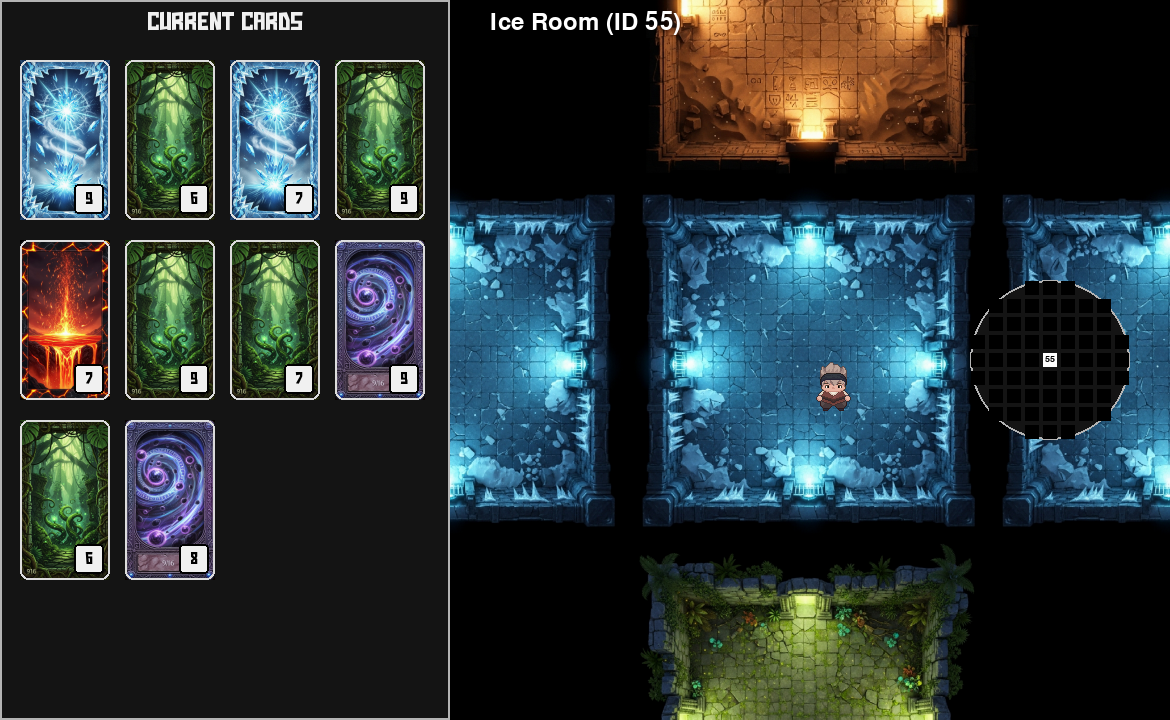
Repository: MehediMim/GateBound
Script's output: python main.py
These files come from the project's save history. The script's output is drawn as it stood at one moment and after the next save; the edit follows.
The window is shown after at most 60 frames with no key pressed. Random numbers start from a fixed seed. It also reads assets/bg_arcane.png, assets/bg_desert.png, assets/bg_ice.png, assets/bg_jungle.png, assets/bg_volcanic.png, assets/card_arcane.jpeg, assets/card_desert.jpeg, assets/card_ice.jpeg, assets/card_jungle.jpeg, assets/card_volcanic.jpeg, assets/player_idle.png, assets/player_walk.png and 1 more files.

Above is the script's output before, as saved 2026-01-26 23:49:02.

### main.py
import pygame
import sys
import random

# =========================
# CONFIG
# =========================
ROOM_ORIGINAL = 720
ROOM_SCALE = 0.5
ROOM_DRAW = int(ROOM_ORIGINAL * ROOM_SCALE)  # 512
FPS = 60
PLAYER_SPEED = 5
DEBUG = False
CARD_WIDTH  = 90
CARD_HEIGHT = 160   # 180 × 16 / 9 ≈ 320

CAN_PASS_DOOR = False

FRAME_SIZE = 64
FRAMES_PER_ROW = 4



DIR_ROW = {
    "bottom": 0,
    "left": 1,
    "top": 2,
    "right": 3
}

selected_card_index = None
show_swap_ui = False

explored_rooms = set()



GRID_W = 10
GRID_H = 10

visited_rooms = set()


# =========================
# UI / LAYOUT (IMPORTANT)
# =========================
SIDEBAR_W = 450            # LEFT UI ONLY
PREVIEW_MARGIN = ROOM_DRAW // 2     # space for half rooms

SCREEN_WIDTH  = SIDEBAR_W + ROOM_DRAW + PREVIEW_MARGIN * 2
SCREEN_HEIGHT = ROOM_DRAW + PREVIEW_MARGIN * 2

CARD_TYPES = ["Jungle", "Desert", "Ice", "Volcanic", "Arcane"]
CARD_MIN_POWER = 1
CARD_MAX_POWER = 9
MAX_CARDS = 10

selected_card_indices = set()


# One card per gate (fixed once generated)
gate_cards = {
    "top":    {"reward": None, "power": None},
    "bottom": {"reward": None, "power": None},
    "left":   {"reward": None, "power": None},
    "right":  {"reward": None, "power": None},
}

def create_random_card():
    return {
        "type": random.choice(CARD_TYPES),
        "power": random.randint(CARD_MIN_POWER, CARD_MAX_POWER)
    }
cards = []
for _ in range(MAX_CARDS):
    c = create_random_card()
    c["power"] = random.randint(6, CARD_MAX_POWER)  # stronger start
    cards.append(c)

def init_gate_cards():
    for d in gate_cards:
        power = random.randint(CARD_MIN_POWER, CARD_MAX_POWER)
        gate_cards[d]["power"] = power

        reward = create_random_card()
        reward["power"] = power   # SAME POWER
        gate_cards[d]["reward"] = reward





# =========================
# INIT
# =========================
pygame.init()
screen = pygame.display.set_mode((SCREEN_WIDTH, SCREEN_HEIGHT))
idle_sheet = pygame.image.load("assets/player_idle.png").convert_alpha()
walk_sheet = pygame.image.load("assets/player_walk.png").convert_alpha()

pygame.display.set_caption("Tower Puzzle — Rooms (10x10)")
clock = pygame.time.Clock()

font = pygame.font.SysFont(None, 36)
map_font = pygame.font.SysFont(None, 14)
retro_font = pygame.font.Font("assets/retro.ttf", 26)
retro_small = pygame.font.Font("assets/retro.ttf", 16)

player_dir = "bottom"   # default facing
player_frame = 0
anim_timer = 0
moving = False


def get_player_frame(direction, frame, moving):
    row = DIR_ROW[direction]
    sheet = walk_sheet if moving else idle_sheet

    x = frame * FRAME_SIZE
    y = row * FRAME_SIZE

    return sheet.subsurface((x, y, FRAME_SIZE, FRAME_SIZE))

# =========================
# ROOM TYPES + BG
# =========================
ROOM_TYPES = ["Jungle", "Desert", "Ice", "Volcanic", "Arcane"]

BG_RAW = {
    "Jungle": pygame.image.load("assets/bg_jungle.png").convert(),
    "Desert": pygame.image.load("assets/bg_desert.png").convert(),
    "Ice": pygame.image.load("assets/bg_ice.png").convert(),
    "Volcanic": pygame.image.load("assets/bg_volcanic.png").convert(),
    "Arcane": pygame.image.load("assets/bg_arcane.png").convert(),
}
card_images = {
    "jungle": pygame.image.load("assets/card_jungle.jpeg").convert_alpha(),
    "desert": pygame.image.load("assets/card_desert.jpeg").convert_alpha(),
    "ice": pygame.image.load("assets/card_ice.jpeg").convert_alpha(),
    "volcanic": pygame.image.load("assets/card_volcanic.jpeg").convert_alpha(),
    "arcane": pygame.image.load("assets/card_arcane.jpeg").convert_alpha(),
}
CARD_IMAGE_KEY = {
    "Jungle": "jungle",
    "Desert": "desert",
    "Ice": "ice",
    "Volcanic": "volcanic",
    "Arcane": "arcane",
}

ROOM_COLORS = {
    "Jungle":   (60, 160, 90),
    "Desert":   (210, 190, 90),
    "Ice":      (140, 200, 255),
    "Volcanic": (200, 80, 60),
    "Arcane":   (160, 110, 210),
}

passed_free_gate = {
    "top": False,
    "bottom": False,
    "left": False,
    "right": False,
}

def update_free_gate():
    for d, g in FREE_GATES.items():
        if player.colliderect(g):
            passed_free_gate[d] = True


BG = {
    k: pygame.transform.smoothscale(v, (ROOM_DRAW, ROOM_DRAW))
    for k, v in BG_RAW.items()
}

for key in card_images:
    card_images[key] = pygame.transform.smoothscale(
        card_images[key],
        (CARD_WIDTH, CARD_HEIGHT)
    )

# =========================
# GAME BOX (UNCHANGED LOGIC)
# =========================
GAME_BOX_RECT = pygame.Rect(
    SIDEBAR_W + PREVIEW_MARGIN,
    PREVIEW_MARGIN,
    ROOM_DRAW,
    ROOM_DRAW
)

ROOM_RECT = GAME_BOX_RECT.copy()

GATE_THICK = 6

# FREE gate is closer to room center (hit first)
FREE_GATES = {
    "top":    pygame.Rect(ROOM_RECT.centerx - 56, ROOM_RECT.top + 28, 112, GATE_THICK),
    "bottom": pygame.Rect(ROOM_RECT.centerx - 56, ROOM_RECT.bottom - 28 - GATE_THICK, 112, GATE_THICK),
    "left":   pygame.Rect(ROOM_RECT.left + 28, ROOM_RECT.centery - 56, GATE_THICK, 112),
    "right":  pygame.Rect(ROOM_RECT.right - 28 - GATE_THICK, ROOM_RECT.centery - 56, GATE_THICK, 112),
}

# LOCKED gate is closer to the edge (hit second)
LOCKED_GATES = {
    "top":    pygame.Rect(ROOM_RECT.centerx - 56, ROOM_RECT.top + 12, 112, GATE_THICK),
    "bottom": pygame.Rect(ROOM_RECT.centerx - 56, ROOM_RECT.bottom - 12 - GATE_THICK, 112, GATE_THICK),
    "left":   pygame.Rect(ROOM_RECT.left + 12, ROOM_RECT.centery - 56, GATE_THICK, 112),
    "right":  pygame.Rect(ROOM_RECT.right - 12 - GATE_THICK, ROOM_RECT.centery - 56, GATE_THICK, 112),
}


# =========================
# DOORS
# =========================
DOORS = {
    "top":    pygame.Rect(ROOM_RECT.centerx - 56, ROOM_RECT.top - 112, 112, 112),
    "bottom": pygame.Rect(ROOM_RECT.centerx - 56, ROOM_RECT.bottom,     112, 112),
    "left":   pygame.Rect(ROOM_RECT.left - 112,   ROOM_RECT.centery - 56, 112, 112),
    "right":  pygame.Rect(ROOM_RECT.right,        ROOM_RECT.centery - 56, 112, 112),
}

WALL_THICK = 32

WALLS = {
    "top": pygame.Rect(
        ROOM_RECT.left, ROOM_RECT.top,
        ROOM_DRAW, WALL_THICK
    ),
    "bottom": pygame.Rect(
        ROOM_RECT.left, ROOM_RECT.bottom - WALL_THICK,
        ROOM_DRAW, WALL_THICK
    ),
    "left": pygame.Rect(
        ROOM_RECT.left, ROOM_RECT.top,
        WALL_THICK, ROOM_DRAW
    ),
    "right": pygame.Rect(
        ROOM_RECT.right - WALL_THICK, ROOM_RECT.top,
        WALL_THICK, ROOM_DRAW
    ),
}


WALK_RECT = ROOM_RECT.copy()
for r in DOORS.values():
    WALK_RECT.union_ip(r)

SPAWN = ROOM_RECT.center

# =========================
# WORLD (10x10 FIXED)
# =========================
rooms = {}

def room_id(x, y):
    return y * GRID_W + x

def create_world():
    for y in range(GRID_H):
        for x in range(GRID_W):
            rid = room_id(x, y)
            links = {}
            if y > 0: links["top"] = room_id(x, y - 1)
            if y < GRID_H - 1: links["bottom"] = room_id(x, y + 1)
            if x > 0: links["left"] = room_id(x - 1, y)
            if x < GRID_W - 1: links["right"] = room_id(x + 1, y)

            rooms[rid] = {
                "id": rid,
                "pos": (x, y),
                "type": random.choice(ROOM_TYPES),
                "links": links,
                "open_gates": {d: False for d in links}   # 👈 ADD THIS
            }


create_world()
current = room_id(GRID_W // 2, GRID_H // 2)
init_gate_cards()
visited_rooms.add(current)



# =========================
# PLAYER
# =========================
player = pygame.Rect(0, 0, 16, 16)
player.center = SPAWN

# =========================
# CARDS
# =========================


# =========================
# MOVEMENT
# =========================
def move(dx, dy):
    # X
    player.x += dx
    for w in get_blocking_walls():
        if player.colliderect(w):
            if dx > 0: player.right = w.left
            if dx < 0: player.left = w.right



    # Y
    player.y += dy
    for w in get_blocking_walls():
        if player.colliderect(w):
            if dy > 0: player.bottom = w.top
            if dy < 0: player.top = w.bottom

    for d, g in LOCKED_GATES.items():
        if rooms[current]["open_gates"].get(d, False):
            continue

        if not passed_free_gate[d]:
            continue
        if player.colliderect(g):
            if dx > 0: player.right = g.left
            if dx < 0: player.left = g.right
            if dy > 0: player.bottom = g.top
            if dy < 0: player.top = g.bottom

def can_interact_gate():
    d = get_free_gate_dir()
    if d is None:
        return None

    # gate already permanently open → no interaction
    if rooms[current]["open_gates"].get(d, False):
        return None

    return d



def try_swap_with_gate(d, selected_indices):
    global cards

    required_type = get_next_room_type(d)
    required_power = gate_cards[d]["power"]

    chosen = [cards[i] for i in selected_indices]

    # TYPE CHECK
    if any(c["type"] != required_type for c in chosen):
        return False

    # POWER SUM CHECK
    if sum(c["power"] for c in chosen) < required_power:
        return False


    # REMOVE GIVEN CARDS
    for i in sorted(selected_indices, reverse=True):
        cards.pop(i)

    # ADD REWARD CARD
    cards.append(gate_cards[d]["reward"])

    cur = current
    nxt = rooms[current]["links"][d]

    # open gate both sides
    rooms[cur]["open_gates"][d] = True

    opposite = {"top":"bottom", "bottom":"top", "left":"right", "right":"left"}
    rooms[nxt]["open_gates"][opposite[d]] = True

    change_room(d)

    return True



def change_room(direction):
    global current, passed_free_gate

    # mark neighbors as explored
    for nxt in rooms[current]["links"].values():
        explored_rooms.add(nxt)

    if direction in rooms[current]["links"]:
        current = rooms[current]["links"][direction]
        visited_rooms.add(current)
        explored_rooms.add(current)

        player.center = SPAWN
        passed_free_gate = {k: False for k in passed_free_gate}


def can_use_card_for_gate(card, d):
    if d is None:
        return False

    required_type = get_next_room_type(d)
    required_power = gate_cards[d]["power"]

    if card["type"] != required_type:
        return False

    # total power of ALL SAME-TYPE cards (including this one)
    total = sum(
        c["power"] for c in cards
        if c["type"] == required_type
    )

    # glow ONLY if reaching the requirement is possible
    return total >= required_power



def handle_doors():
    global current

    for d, r in DOORS.items():
        if not rooms[current]["open_gates"].get(d, False):
            continue

        if player.colliderect(r):
            prev = current
            current = rooms[current]["links"].get(d, current)
            player.center = SPAWN

            # clear transient states ONLY
            for k in passed_free_gate:
                passed_free_gate[k] = False

            # ensure gate is open from BOTH sides
            opposite = {
                "top": "bottom",
                "bottom": "top",
                "left": "right",
                "right": "left"
            }[d]

            rooms[current].setdefault("open_gates", {})
            rooms[current]["open_gates"][opposite] = True

            init_gate_cards()
            break

def draw_press_e_hint():
    d = get_free_gate_dir()

    if d is None:
        return
    txt = retro_small.render("PRESS E", True, (255, 255, 255))
    screen.blit(txt, (player.centerx - txt.get_width() // 2, player.top - 20))


# =========================
# DRAW UI
# =========================

def draw_cards_title():
    text = retro_font.render("CURRENT CARDS", True, (240, 240, 240))
    x = (SIDEBAR_W - text.get_width()) // 2
    y = 10
    screen.blit(text, (x, y))


def draw_cards():
    start_x = 20
    start_y = 60
    gap_x = 15
    gap_y = 20
    cards_per_row = 4

    for i, c in enumerate(cards):
        key = CARD_IMAGE_KEY[c["type"]]

        row = i // cards_per_row
        col = i % cards_per_row

        x = start_x + col * (CARD_WIDTH + gap_x)
        y = start_y + row * (CARD_HEIGHT + gap_y)

        # card image
        screen.blit(card_images[key], (x, y))

        # GLOW IF CARD CAN BE USED FOR CURRENT GATE
        d = can_interact_gate()
        if d and can_use_card_for_gate(c, d):
            glow = pygame.Surface((CARD_WIDTH, CARD_HEIGHT), pygame.SRCALPHA)
            glow.fill((255, 255, 255, 50))
            screen.blit(glow, (x, y))


        # border
        if i in selected_card_indices:
            # glow border
            pygame.draw.rect(
                screen,
                (255, 255, 120),   # glow color
                (x-3, y-3, CARD_WIDTH+6, CARD_HEIGHT+6),
                3,
                border_radius=10
            )

        pygame.draw.rect(
            screen,
            (220, 220, 220),
            (x, y, CARD_WIDTH, CARD_HEIGHT),
            2,
            border_radius=8
        )


        # 🔥 POWER BADGE (BOTTOM-RIGHT)
        power_text = retro_small.render(str(c["power"]), True, (0, 0, 0))
        badge_size = 30
        badge_x = x + CARD_WIDTH - badge_size - 6
        badge_y = y + CARD_HEIGHT - badge_size - 6

        pygame.draw.rect(
            screen,
            (240, 240, 240),
            (badge_x, badge_y, badge_size, badge_size),
            border_radius=4
        )
        pygame.draw.rect(
            screen,
            (0, 0, 0),
            (badge_x, badge_y, badge_size, badge_size),
            2,
            border_radius=4
        )

        screen.blit(
            power_text,
            (
                badge_x + (badge_size - power_text.get_width()) // 2,
                badge_y + (badge_size - power_text.get_height()) // 2
            )
        )


def get_free_gate_dir():
    for d, g in FREE_GATES.items():
        if player.colliderect(g):
            return d
    return None

def draw_full_card(card, x, y):
    key = CARD_IMAGE_KEY[card["type"]]

    # image
    screen.blit(card_images[key], (x, y))

    # border
    pygame.draw.rect(
        screen,
        (220, 220, 220),
        (x, y, CARD_WIDTH, CARD_HEIGHT),
        2,
        border_radius=8
    )

    # power badge
    badge_size = 30
    badge_x = x + CARD_WIDTH - badge_size - 6
    badge_y = y + CARD_HEIGHT - badge_size - 6

    pygame.draw.rect(
        screen,
        (240, 240, 240),
        (badge_x, badge_y, badge_size, badge_size),
        border_radius=4
    )
    pygame.draw.rect(
        screen,
        (0, 0, 0),
        (badge_x, badge_y, badge_size, badge_size),
        2,
        border_radius=4
    )

    power_text = retro_small.render(str(card["power"]), True, (0, 0, 0))
    screen.blit(
        power_text,
        (
            badge_x + (badge_size - power_text.get_width()) // 2,
            badge_y + (badge_size - power_text.get_height()) // 2
        )
    )



def draw_debug_borders():
    # Sidebar
    pygame.draw.rect(screen, (255, 0, 0), (0, 0, SIDEBAR_W, SCREEN_HEIGHT), 2)

    # Main room
    pygame.draw.rect(screen, (0, 255, 0), ROOM_RECT, 2)

    # Doors
    for w in get_blocking_walls():
        pygame.draw.rect(screen, (255, 0, 0), w, 2)

    for g in FREE_GATES.values():
        pygame.draw.rect(screen, (0, 255, 0), g, 2)   # first = free

    for g in LOCKED_GATES.values():
        pygame.draw.rect(screen, (255, 255, 0), g, 2) # second = needs E


    # Walkable area
    pygame.draw.rect(screen, (0, 200, 255), WALK_RECT, 2)

    # Card slots
    start_x = 20
    start_y = 60
    gap_x = 15
    gap_y = 20
    cards_per_row = 3

    for i in range(MAX_CARDS):
        row = i // cards_per_row
        col = i % cards_per_row

        x = start_x + col * (CARD_WIDTH + gap_x)
        y = start_y + row * (CARD_HEIGHT + gap_y)

        pygame.draw.rect(
            screen,
            (255, 0, 255),
            (x, y, CARD_WIDTH, CARD_HEIGHT),
            1
        )


def get_blocking_walls():
    blocks = []

    for side, wall in WALLS.items():
        door = DOORS[side]
        left_part = wall.clip(
            pygame.Rect(wall.left, wall.top, door.left - wall.left, wall.height)
        )
        right_part = wall.clip(
            pygame.Rect(door.right, wall.top, wall.right - door.right, wall.height)
        )

        if wall.width > wall.height:  # horizontal wall
            blocks.append(pygame.Rect(wall.left, wall.top, door.left - wall.left, wall.height))
            blocks.append(pygame.Rect(door.right, wall.top, wall.right - door.right, wall.height))
        else:  # vertical wall
            blocks.append(pygame.Rect(wall.left, wall.top, wall.width, door.top - wall.top))
            blocks.append(pygame.Rect(wall.left, door.bottom, wall.width, wall.bottom - door.bottom))

    return blocks

def get_next_room_type(d):
    nxt = rooms[current]["links"].get(d)
    if nxt is None:
        return None
    return rooms[nxt]["type"]

def draw_minimap():
    panel_size = 160
    panel_x = SCREEN_WIDTH - panel_size - 40
    panel_y = (SCREEN_HEIGHT - panel_size) // 2

    node = 14
    gap = 4
    step = node + gap
    radius = 5  # how many rooms around current

    center = (panel_x + panel_size // 2, panel_y + panel_size // 2)
    radius_px = panel_size // 2

    pygame.draw.circle(screen, (20, 20, 20), center, radius_px)
    pygame.draw.circle(screen, (180, 180, 180), center, radius_px, 2)

    cx0, cy0 = rooms[current]["pos"]

    center_x = panel_x + panel_size // 2 - node // 2
    center_y = panel_y + panel_size // 2 - node // 2

    for dy in range(-radius, radius + 1):
        for dx in range(-radius, radius + 1):
            nx = cx0 + dx
            ny = cy0 + dy

            if nx < 0 or ny < 0 or nx >= GRID_W or ny >= GRID_H:
                continue

            rid = room_id(nx, ny)

            x = center_x + dx * step
            y = center_y + dy * step

            if rid == current:
                color = (255, 255, 255)  # CURRENT
            elif rid in visited_rooms:
                color = (245, 245, 245)  # VISITED
            elif rid in explored_rooms:
                color = ROOM_COLORS[rooms[rid]["type"]]  # EXPLORED
            else:
                color = (0, 0, 0)  # UNKNOWN

            rx = x + node // 2
            ry = y + node // 2

            if (rx - center[0])**2 + (ry - center[1])**2 <= radius_px**2:
                pygame.draw.rect(screen, color, (x, y, node, node))


            if rid in visited_rooms:
                if (rx - center[0])**2 + (ry - center[1])**2 <= radius_px**2:
                    screen.blit(map_font.render(str(rid), True, (0, 0, 0)), (x + 2, y + 1))


def draw_card(screen, card_type, x, y):
    draw_full_card(card_type, x, y)


def draw_card_with_border(screen, card_type, x, y):
    screen.blit(card_images[card_type], (x, y))
    pygame.draw.rect(
        screen,
        (220, 220, 220),  # light border
        (x, y, CARD_WIDTH, CARD_HEIGHT),
        2
    )

def draw_selected_card(screen, card_type, x, y):
    screen.blit(card_images[card_type], (x, y))
    glow_rect = pygame.Surface((CARD_WIDTH, CARD_HEIGHT), pygame.SRCALPHA)
    glow_rect.fill((255, 255, 255, 40))  # soft white glow
    screen.blit(glow_rect, (x, y))

def draw_gate_card_popup():
    d = can_interact_gate()
    if d is None:
        return

    give_type = get_next_room_type(d)
    power = gate_cards[d]["power"]
    reward = gate_cards[d]["reward"]

    cx = ROOM_RECT.centerx
    cy = ROOM_RECT.centery

    # GIVE
    txt1 = retro_small.render("YOU GIVE", True, (255,255,255))
    screen.blit(txt1, (cx-120, cy-140))
    draw_full_card({"type": give_type, "power": power}, cx-150, cy-110)

    # GET
    txt2 = retro_small.render("YOU GET", True, (255,255,255))
    screen.blit(txt2, (cx+30, cy-140))
    draw_full_card(reward, cx+30, cy-110)


def draw_swap_button():
    if not show_swap_ui or not selected_card_indices:
        return None


    rect = pygame.Rect(
        ROOM_RECT.centerx - 60,
        ROOM_RECT.centery + CARD_HEIGHT//2 + 20,
        120, 40
    )

    pygame.draw.rect(screen, (80,180,80), rect, border_radius=6)
    pygame.draw.rect(screen, (0,0,0), rect, 2)

    txt = retro_small.render("SWAP", True, (0,0,0))
    screen.blit(txt, (rect.centerx - txt.get_width()//2,
                      rect.centery - txt.get_height()//2))
    return rect


# =========================
# LOOP
# =========================
while True:
    clock.tick(FPS)
    pressed_e = False
    for e in pygame.event.get():
        if e.type == pygame.QUIT:
            pygame.quit()
            sys.exit()
        if e.type == pygame.KEYDOWN and e.key == pygame.K_e:
            pressed_e = True

    if show_swap_ui and e.type == pygame.MOUSEBUTTONDOWN:
        mx, my = e.pos
        start_x = 20
        start_y = 60
        gap_x = 15
        gap_y = 20
        cards_per_row = 3
        for i, c in enumerate(cards):
            row = i // cards_per_row
            col = i % cards_per_row
            x = start_x + col * (CARD_WIDTH + gap_x)
            y = start_y + row * (CARD_HEIGHT + gap_y)

            card_rect = pygame.Rect(x, y, CARD_WIDTH, CARD_HEIGHT)
            if card_rect.collidepoint(mx, my):
                if i in selected_card_indices:
                    selected_card_indices.remove(i)
                else:
                    selected_card_indices.add(i)
                break



    if show_swap_ui and e.type == pygame.MOUSEBUTTONDOWN:
        btn = draw_swap_button()
        if btn and btn.collidepoint(e.pos):
            d = can_interact_gate()
            if d and selected_card_indices:
                if try_swap_with_gate(d, selected_card_indices):
                    selected_card_indices.clear()





    k = pygame.key.get_pressed()
    dx = dy = 0
    if k[pygame.K_a] or k[pygame.K_LEFT]: dx -= PLAYER_SPEED
    if k[pygame.K_d] or k[pygame.K_RIGHT]: dx += PLAYER_SPEED
    if k[pygame.K_w] or k[pygame.K_UP]: dy -= PLAYER_SPEED
    if k[pygame.K_s] or k[pygame.K_DOWN]: dy += PLAYER_SPEED

    move(dx, dy)
        # === STEP 4: animation update ===
    if dx != 0 or dy != 0:
        moving = True

        if dy > 0: player_dir = "bottom"
        elif dy < 0: player_dir = "top"
        elif dx < 0: player_dir = "left"
        elif dx > 0: player_dir = "right"

        anim_timer += 1
        if anim_timer >= 8:        # animation speed
            anim_timer = 0
            player_frame = (player_frame + 1) % 4
    else:
        moving = False
        player_frame = 0


    handle_doors()

    update_free_gate()

    gate_dir = can_interact_gate()
    show_swap_ui = gate_dir is not None



    screen.fill((0,0,0))

    # Sidebar
    pygame.draw.rect(screen, (20,20,20), (0,0,SIDEBAR_W,SCREEN_HEIGHT))
    pygame.draw.rect(screen, (180,180,180), (0,0,SIDEBAR_W,SCREEN_HEIGHT), 2)

    # Game box border
    pygame.draw.rect(screen, (30,30,30), GAME_BOX_RECT)
    pygame.draw.rect(screen, (180,180,180), GAME_BOX_RECT, 2)

    room = rooms[current]
    cx, cy = ROOM_RECT.topleft
    w = h = ROOM_DRAW
    half = w // 2

    # Center
    screen.blit(BG[room["type"]], (cx, cy))

    # Neighbors (VISIBLE, NOT CLIPPED)
    if "top" in room["links"]:
        t = rooms[room["links"]["top"]]
        screen.blit(BG[t["type"]].subsurface((0, half, w, half)), (cx, cy-half))
    if "bottom" in room["links"]:
        b = rooms[room["links"]["bottom"]]
        screen.blit(BG[b["type"]].subsurface((0, 0, w, half)), (cx, cy+w))
    if "left" in room["links"]:
        l = rooms[room["links"]["left"]]
        screen.blit(BG[l["type"]].subsurface((half, 0, half, h)), (cx-half, cy))
    if "right" in room["links"]:
        r = rooms[room["links"]["right"]]
        screen.blit(BG[r["type"]].subsurface((0, 0, half, h)), (cx+w, cy))

    # === STEP 5: draw animated player ===
    img = get_player_frame(player_dir, player_frame, moving)
    screen.blit(img, player.topleft)

    draw_press_e_hint()
    draw_cards_title()
    # draw_cards()
    # draw_gate_card_popup()


    draw_cards()
    # draw_cards()
    draw_minimap()
    draw_gate_card_popup()
    draw_swap_button()



    label = font.render(f"{room['type']} Room (ID {current})", True, (255,255,255))
    screen.blit(label, (SCREEN_WIDTH//2 - label.get_width()//2, 10))


    if DEBUG:
        draw_debug_borders()


    pygame.display.flip()

After the next save:
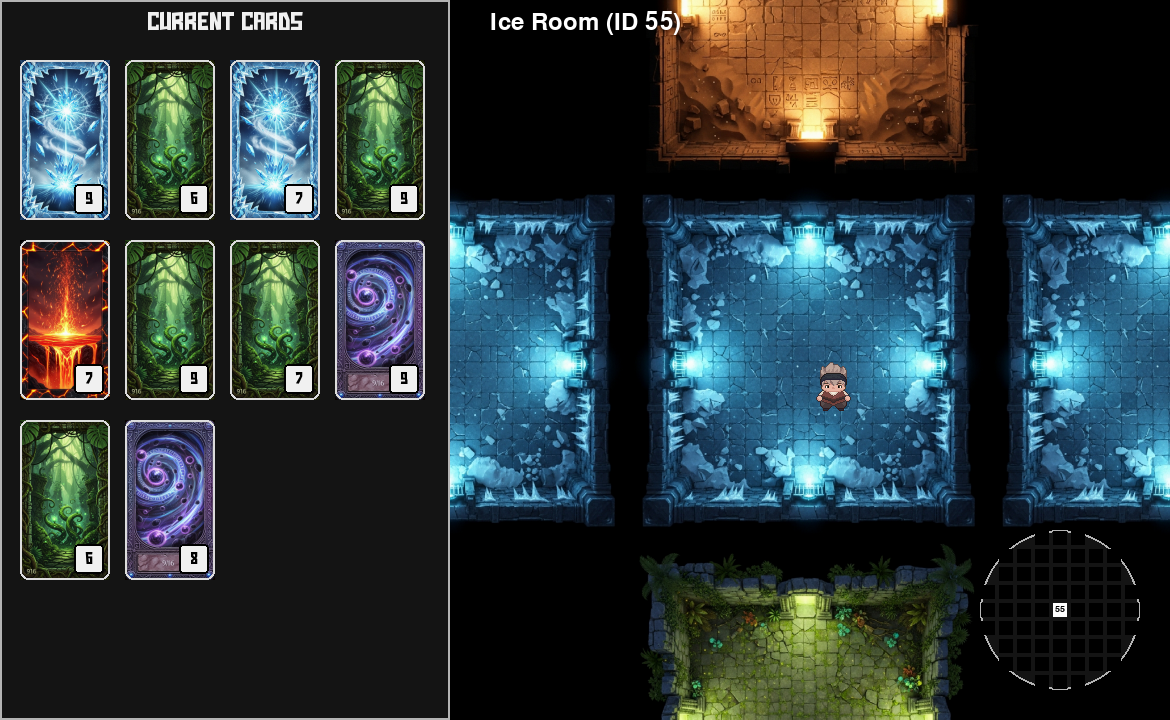
Saved 2 min 38 s later.
--- a/main.py
+++ b/main.py
@@ -664,8 +664,9 @@ def get_next_room_type(d):
 
 def draw_minimap():
     panel_size = 160
-    panel_x = SCREEN_WIDTH - panel_size - 40
-    panel_y = (SCREEN_HEIGHT - panel_size) // 2
+    panel_x = SCREEN_WIDTH - panel_size - 30
+    panel_y = SCREEN_HEIGHT - panel_size - 30
+
 
     node = 14
     gap = 4
